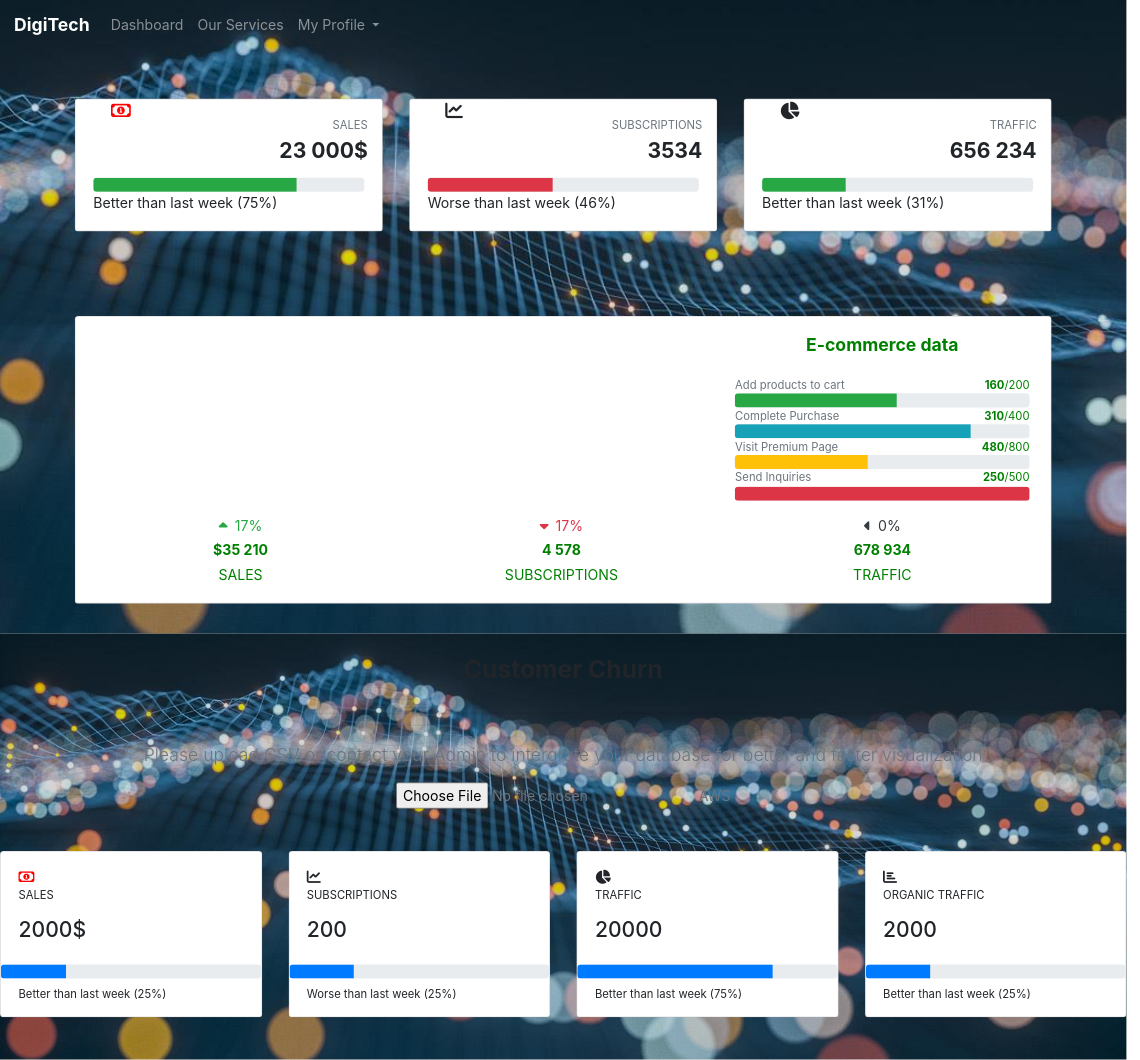
Repository: Tookliin/DigiTech
Page: /profile
An editor plug-in stored every save of this project. The page is shown before and after the next save, followed by the edit.
The browser window is 1280 px wide. The page is 1295 px wide, so the pictures cover 1295 px, including what lies to the right of the window. The pictures show the whole page, at 88% of full size.
The project was rebuilt for these pictures with package versions that can differ from the ones it lists, and the page was loaded fresh each time. Also part of the build but not shown: src/components/Dashboard.vue, src/components/Error.vue, src/components/Register.vue, src/components/Organization.vue.

Above is the page before, as saved 2020-07-22 00:45:50.

After the next save:
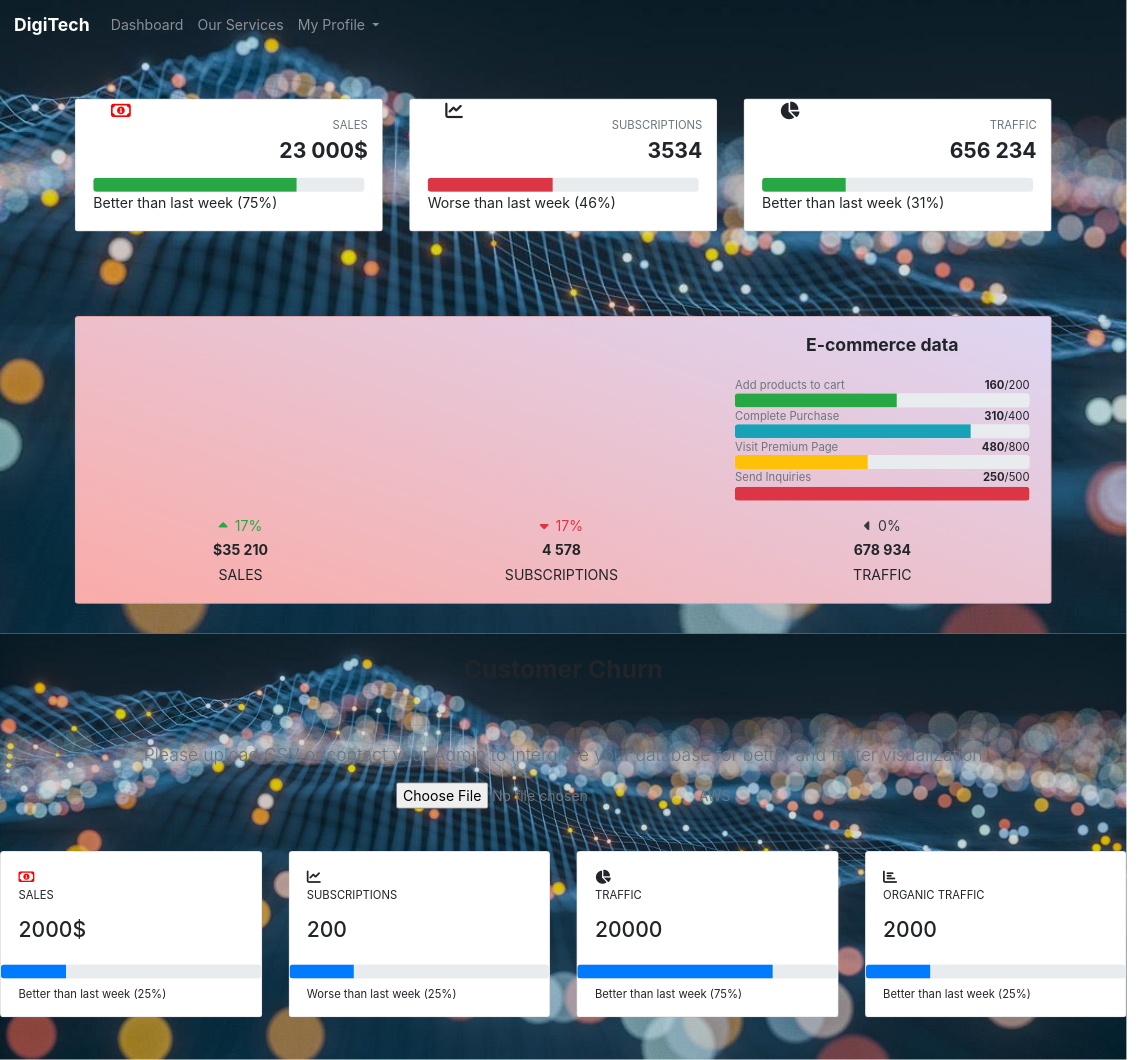
Saved 22 s later.
--- a/src/assets/css/main.css
+++ b/src/assets/css/main.css
@@ -66,7 +66,11 @@ background-size: cover;;
  }
 
  .client-card{
-     color: green;
+     background-color: #FAACA8;
+background-image: -webkit-linear-gradient(19deg, #FAACA8 0%, #DDD6F3 100%);
+background-image: -moz-linear-gradient(19deg, #FAACA8 0%, #DDD6F3 100%);
+background-image: -o-linear-gradient(19deg, #FAACA8 0%, #DDD6F3 100%);
+background-image: linear-gradient(19deg, #FAACA8 0%, #DDD6F3 100%);
      background-position: center;
     background-size: cover;
     position: relative;
